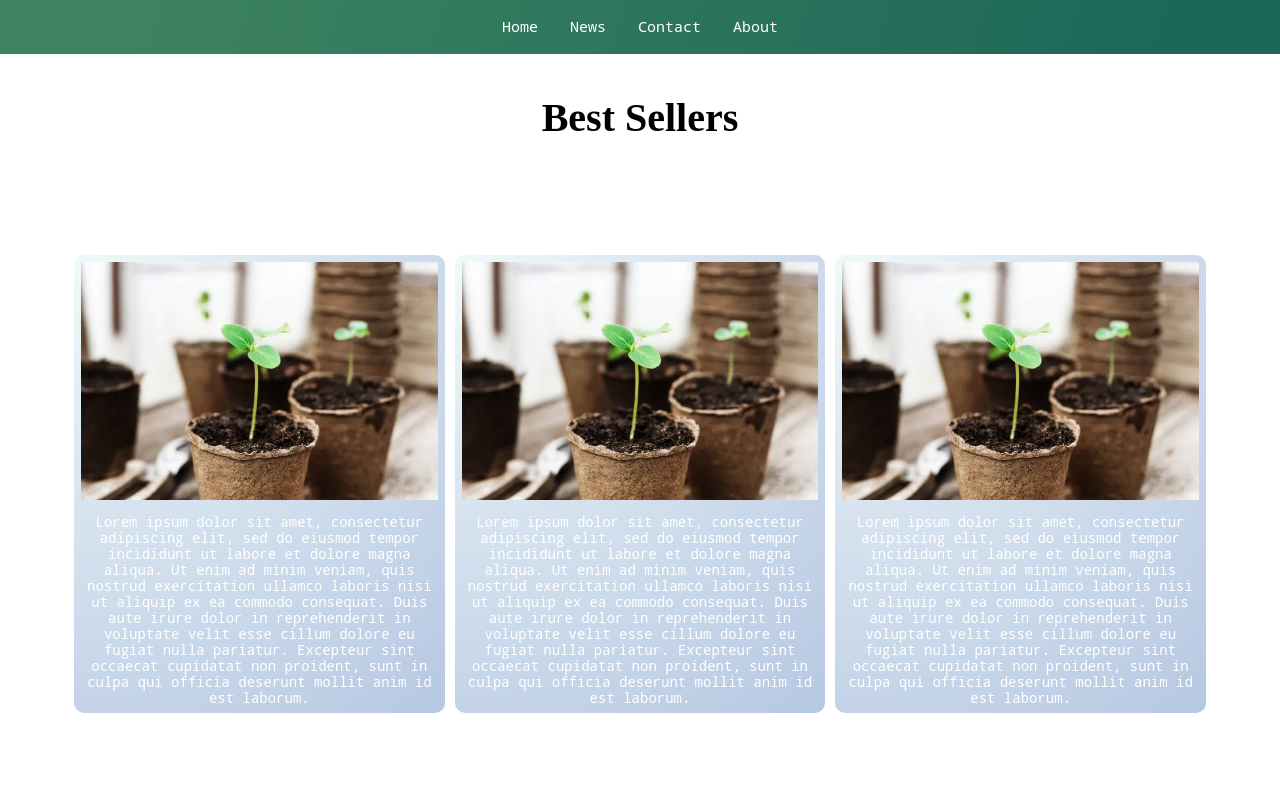
Repository: Flexo874/ISITECH-HTML-CSS
Page: index.html
These files come from the project's save history. The page is drawn as it stood at one moment and after the next save; the edit follows.
The browser window is 1280 px wide. The pictures show the whole page.

Above is the page before, as saved 2024-01-02 14:41:44.

### index.html
<!DOCTYPE html>
<html>
<head>
    <title>Navigation Bar</title>
     <link rel="stylesheet" type="text/css" href="./style.css">
</head>
<body>
    <ul>
        <li><a href="#home">Home</a></li>
        <li><a href="#news">News</a></li>
        <li><a href="#contact">Contact</a></li>
        <li><a href="#about">About</a></li>
    </ul>

    <h1 > Best Sellers</h1>



    <div class="container">

            <div class="item">
                <a>
                <img src="images/semis-prêt-à-être-planté-dans-le-jardin.webp" alt="Logo">
                <p>Lorem ipsum dolor sit amet, consectetur adipiscing elit, sed do eiusmod tempor incididunt ut labore et dolore magna aliqua. Ut enim ad minim veniam, quis nostrud exercitation ullamco laboris nisi ut aliquip ex ea commodo consequat. Duis aute irure dolor in reprehenderit in voluptate velit esse cillum dolore eu fugiat nulla pariatur. Excepteur sint occaecat cupidatat non proident, sunt in culpa qui officia deserunt mollit anim id est laborum.</p>
                </a>
            </div>
            <div class="item best">
                <a>
                <img src="images/semis-prêt-à-être-planté-dans-le-jardin.webp" alt="Logo">
                <p>Lorem ipsum dolor sit amet, consectetur adipiscing elit, sed do eiusmod tempor incididunt ut labore et dolore magna aliqua. Ut enim ad minim veniam, quis nostrud exercitation ullamco laboris nisi ut aliquip ex ea commodo consequat. Duis aute irure dolor in reprehenderit in voluptate velit esse cillum dolore eu fugiat nulla pariatur. Excepteur sint occaecat cupidatat non proident, sunt in culpa qui officia deserunt mollit anim id est laborum.</p>
                </a>
            </div>
            <div class="item">
                <a>
                <img src="images/semis-prêt-à-être-planté-dans-le-jardin.webp" alt="Logo">
                <p>Lorem ipsum dolor sit amet, consectetur adipiscing elit, sed do eiusmod tempor incididunt ut labore et dolore magna aliqua. Ut enim ad minim veniam, quis nostrud exercitation ullamco laboris nisi ut aliquip ex ea commodo consequat. Duis aute irure dolor in reprehenderit in voluptate velit esse cillum dolore eu fugiat nulla pariatur. Excepteur sint occaecat cupidatat non proident, sunt in culpa qui officia deserunt mollit anim id est laborum.</p>
                </a>
            </div>
    </div>


</body>
</html>

### style.css
*{
    margin: 0;
    padding: 0;

}
ul {
    list-style-type: none;
    margin: 0;
    padding: 0;
    overflow: hidden;
    background-image: linear-gradient( 109.6deg,  rgba(61,131,97,1) 11.2%, rgba(28,103,88,1) 91.1% );
    display: flex;
    list-style: none;
    box-sizing: border-box  ;
    justify-content: center;
}

li {
    position: relative;

}

li a {
    display: block;
    color: white;
    text-align: center;
    padding: 18px 16px;
    text-decoration: none;
    font-size: 15px;
    transition: .4s ease-in-out;
    position: center;
    font-family: "Noto Mono", monospace;

}

li a:hover {
    background-color: #111;
    border-radius: 5px;

}

h1 {
    padding: 40px;
    text-align: center;
    font-weight: bold;
    font-size: 40px;
}

.demo {
    border-color: red;
}


.container {
    display: grid;
    grid-template-columns: repeat(3, 1fr);
    grid-auto-rows: minmax(300px, auto);
    gap: 10px;
    padding: 10px;;
    margin: 5%;
}


.item {
    background-image: radial-gradient( circle farthest-corner at 1.3% 2.8%,  rgba(239,249,249,1) 0%, rgba(182,199,226,1) 100.2% );    display: flex;
    flex-direction: column;
    align-items: center;
    justify-content: center;
    border-radius: 10px;
}

.item.best {

    bar
    margin-bottom: 100px;
}

.item a {
    margin: 7px;
}

.item a:hover {
    color: white;
}


.item img {
    max-width: 100%;
    height: auto;
}

.item p {
    margin-top: 10px;
    text-align: center;
    color: white;
    font-family: "Noto Mono", monospace;
    font-size: 14px;
}

After the next save:
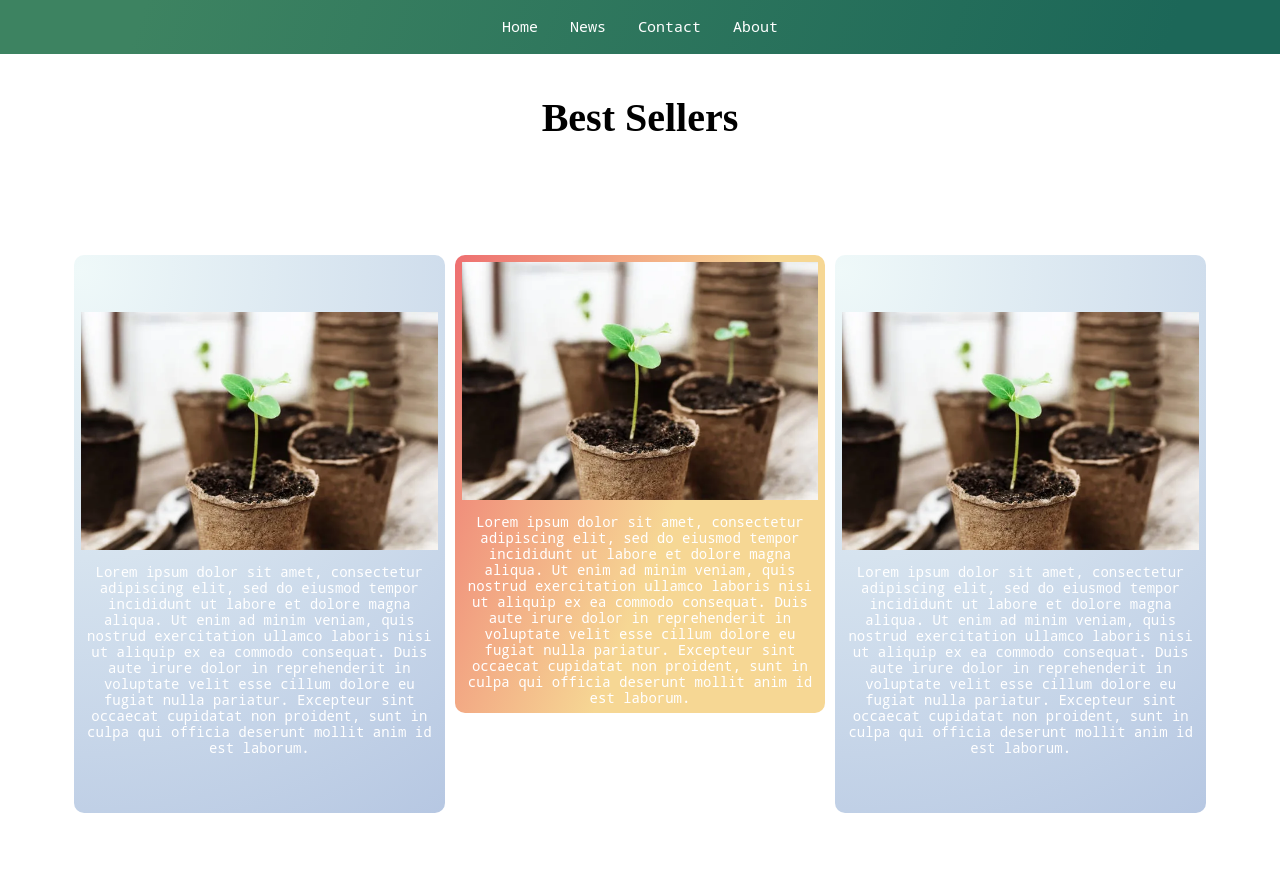
Saved 15 s later.
--- a/style.css
+++ b/style.css
@@ -71,7 +71,7 @@
 
 .item.best {
 
-    bar
+    background-image: linear-gradient( 111.4deg,  rgba(238,113,113,1) 1%, rgba(246,215,148,1) 58% );
     margin-bottom: 100px;
 }
 
